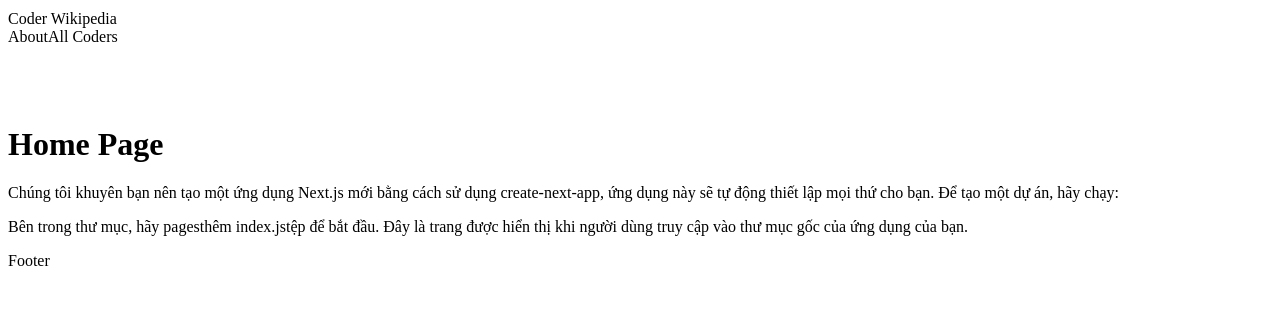
Repository: DuckyNumberONS/H-c-Next-Js
Page: / (app in my-app/)
An editor plug-in stored every save of this project. The page is shown before and after the next save, followed by the edit.
The browser window is 1280 px wide. The pictures show the whole page.
Some web fonts or font styles are not loaded; a fallback is used. The project was rebuilt for these pictures with package versions that can differ from the ones it lists, and the page was loaded fresh each time. The framework's server and built-in components were replaced by stand-ins that run in the browser. Also part of the build but not shown: my-app/next.config.js.

Above is the page before, as saved 2022-09-22 09:06:51.

### my-app/pages/index.js

export default function Home() {
  return (
    <>
      <div>
        <h1>Home Page</h1>
        <p>
          Chúng tôi khuyên bạn nên tạo một ứng dụng Next.js mới bằng cách sử
          dụng create-next-app, ứng dụng này sẽ tự động thiết lập mọi thứ cho
          bạn. Để tạo một dự án, hãy chạy:
        </p>
        <p>
          Bên trong thư mục, hãy pagesthêm index.jstệp để bắt đầu. Đây là trang
          được hiển thị khi người dùng truy cập vào thư mục gốc của ứng dụng của
          bạn.
        </p>
      </div>
    </>
  );
}

### my-app/components/layout.js
import React from 'react'
import Footer from './Footer'
import Navbar from './navbar'

export default function Layout({children}) {
  return (
    <div className='content'>
        <Navbar />
            {children}
        <Footer />
    </div>
  )
}

### my-app/styles/globals.css
@import url('https://fonts.googleapis.com/css2?family=Dangrek&display=swap');
body{
  background: white;
  color: black;
  font-family:'Dangrek';
}
a{
  color: black;
  text-decoration: none;
}
nav{
  margin: 10px auto 80px;
  pad
}

### my-app/components/Footer.js
import React from "react";

export default function Footer() {
  return (
    <footer>Footer</footer>
  );
}

### my-app/components/navbar.js
import React from "react";
import Link from "next/link";
export default function Navbar() {
  return (
    <nav>
      <div>
        <Link href="/">
          <a>Coder Wikipedia</a>
        </Link>
      </div>
      <div>
        <Link href="/about">
          <a>About</a>
        </Link>
        <Link href="/coders">
          <a>All Coders</a>
        </Link>
      </div>
    </nav>
  );
}

Loaded but not shown: my-app/pages/_app.js (common file)

After the next save:
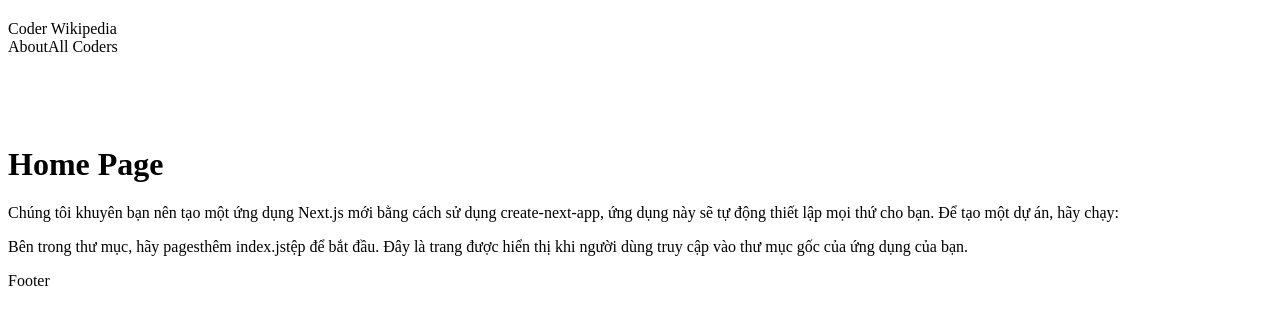
Saved 5 s later.
--- a/my-app/styles/globals.css
+++ b/my-app/styles/globals.css
@@ -10,5 +10,6 @@ a{
 }
 nav{
   margin: 10px auto 80px;
-  pad
+  padding: 10px 0px;
+
 }
